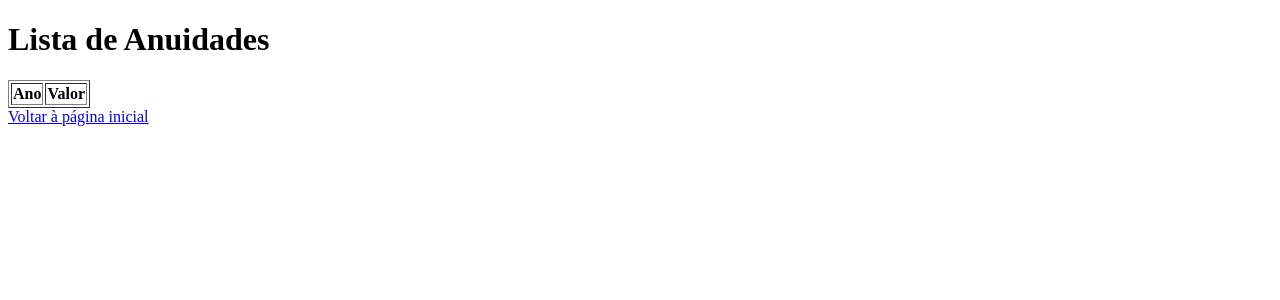
Repository: DiegoCamaraDev/estagioTecnoTech
Page: http://localhost/views/anuidade/listarAnuidade.php
These files come from the project's save history. The page is drawn as it stood at one moment and after the next save; the edit follows.
The browser window is 1280 px wide. The pictures show the whole page.
The page is run by PHP 8.4 with error messages shown; the project is at /var/www/html/. Queries for data that is not in the repository find no rows.

Above is the page before, as saved 2024-11-09 07:29:57.

After the next save:
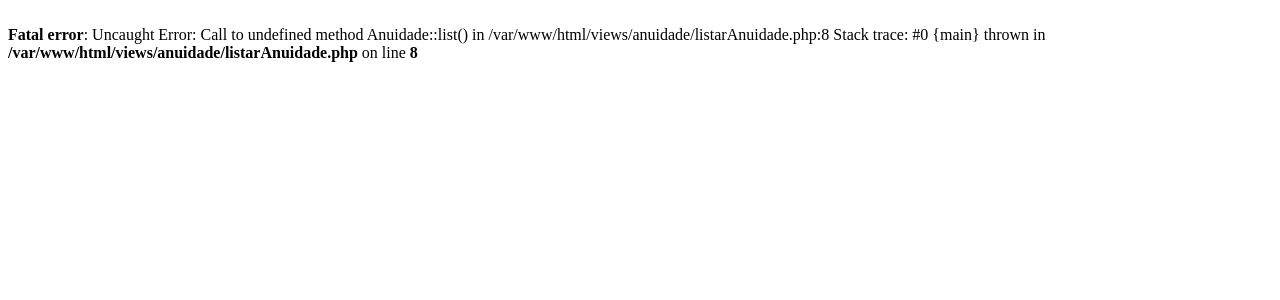
Saved 3 min 37 s later.
--- a/model/Anuidade.php
+++ b/model/Anuidade.php
@@ -15,9 +15,22 @@ class Anuidade
         return $stmt->execute([$ano, $valor]);
     }
 
-    public function list()
-    {
-        $stmt = $this->pdo->query("SELECT * FROM anuidades");
+    public function listAll() {
+        $stmt = $this->pdo->prepare("SELECT * FROM anuidades");
+        $stmt->execute();
+        return $stmt->fetchAll(PDO::FETCH_ASSOC);
+    }
+
+    // Método para calcular as anuidades devidas com base na data de filiação e no ano atual
+    public function calcularAnuidadesDevidas($dataFiliacao) {
+        $anoFiliacao = (int)(new DateTime($dataFiliacao))->format('Y');
+        $anoAtual = (int)date('Y');
+
+        $stmt = $this->pdo->prepare("SELECT * FROM anuidades WHERE ano >= :anoFiliacao AND ano <= :anoAtual");
+        $stmt->bindParam(':anoFiliacao', $anoFiliacao, PDO::PARAM_INT);
+        $stmt->bindParam(':anoAtual', $anoAtual, PDO::PARAM_INT);
+        $stmt->execute();
+
         return $stmt->fetchAll(PDO::FETCH_ASSOC);
     }
 }

After the save that followed:
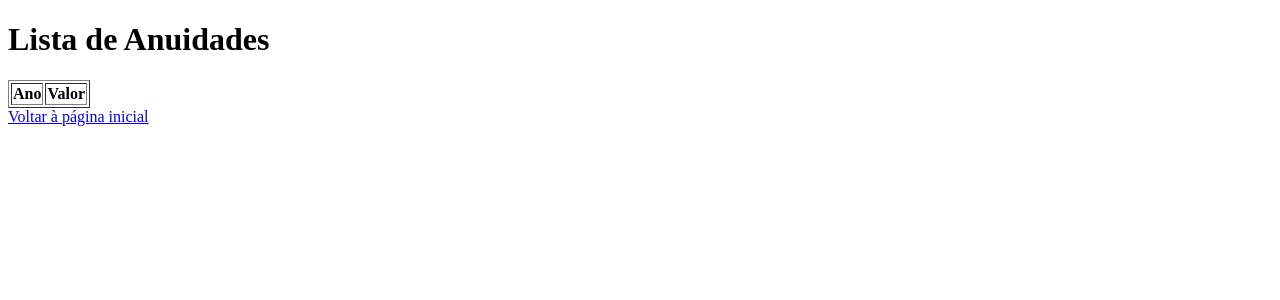
Saved 19 s later.
--- a/views/anuidade/listarAnuidade.php
+++ b/views/anuidade/listarAnuidade.php
@@ -5,7 +5,7 @@ require_once '../../model/Anuidade.php';
 
 $anuidadeModel = new Anuidade($pdo);
 
-$anuidades = $anuidadeModel->list();
+$anuidades = $anuidadeModel->listAll();
 ?>
 
 <!DOCTYPE html>
